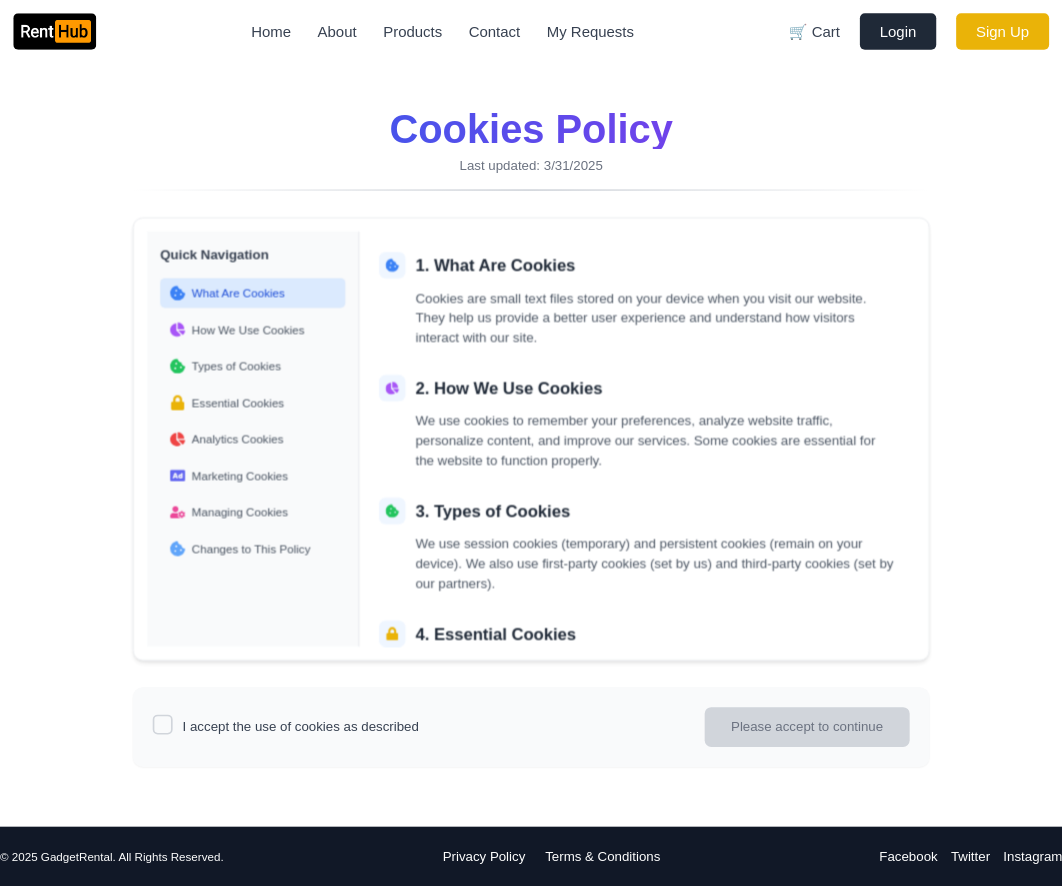
Repository: aayushg07/Renthub
Page: /cookies
The author's editor kept a copy of each file at every save. The page is drawn from the files as they stood at one save, then again after the next save.
The browser window is 1280 px wide. The pictures show the whole page, at 83% of full size.
An inner scrolling area shows only its first screen. The project was rebuilt for these pictures with package versions that can differ from the ones it lists, and the page was loaded fresh each time. The framework's server and built-in components were replaced by stand-ins that run in the browser. Also part of the build but not shown: next.config.ts.

Above is the page before, as saved 2025-04-02 00:17:22.

After the next save:
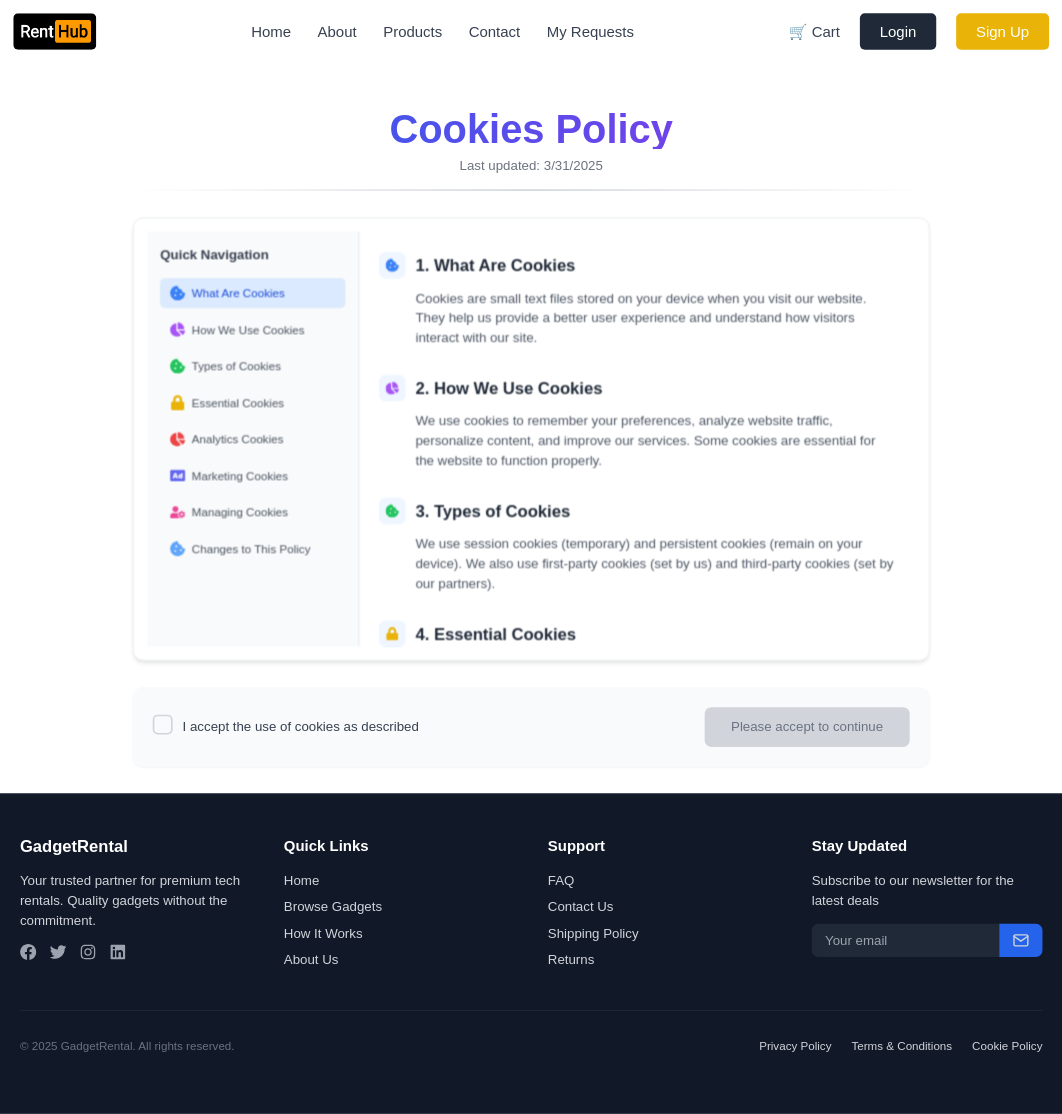
Saved 85 s later.
--- a/app/components/Footer.tsx
+++ b/app/components/Footer.tsx
@@ -1,20 +1,87 @@
 import Link from 'next/link';
+import { FaFacebook, FaTwitter, FaInstagram, FaLinkedin } from 'react-icons/fa';
+import { FiMail } from 'react-icons/fi';
 
 export default function Footer() {
-    return (
-      <footer className="bg-gray-900 text-white py-6 mt-10">
-        <div className="container mx-auto flex flex-col md:flex-row justify-between items-center">
-          <p className="text-sm">&copy; 2025 GadgetRental. All Rights Reserved.</p>
-          <div className="flex space-x-6">
-            <Link href="/privacy" className="hover:text-gray-400">Privacy Policy</Link>
-            <Link href="/terms" className="hover:text-gray-400">Terms & Conditions</Link>
+  return (
+    <footer className="bg-gray-900 text-gray-300 border-t border-gray-800">
+      <div className="container mx-auto px-6 py-12">
+        {/* Main Footer Content */}
+        <div className="grid grid-cols-1 md:grid-cols-4 gap-10 mb-12">
+          {/* Company Info */}
+          <div>
+            <h3 className="text-xl font-bold text-white mb-4">GadgetRental</h3>
+            <p className="mb-4">
+              Your trusted partner for premium tech rentals. Quality gadgets without the commitment.
+            </p>
+            <div className="flex space-x-4">
+              <Link href="#" className="text-gray-400 hover:text-blue-500 transition">
+                <FaFacebook size={20} />
+              </Link>
+              <Link href="#" className="text-gray-400 hover:text-blue-400 transition">
+                <FaTwitter size={20} />
+              </Link>
+              <Link href="#" className="text-gray-400 hover:text-pink-500 transition">
+                <FaInstagram size={20} />
+              </Link>
+              <Link href="#" className="text-gray-400 hover:text-blue-600 transition">
+                <FaLinkedin size={20} />
+              </Link>
+            </div>
           </div>
-          <div className="flex space-x-4">
-            <Link href="#" className="hover:text-blue-400">Facebook</Link>
-            <Link href="#" className="hover:text-blue-500">Twitter</Link>
-            <Link href="#" className="hover:text-red-400">Instagram</Link>
+
+          {/* Quick Links */}
+          <div>
+            <h4 className="text-lg font-semibold text-white mb-4">Quick Links</h4>
+            <ul className="space-y-2">
+              <li><Link href="/" className="hover:text-white transition">Home</Link></li>
+              <li><Link href="/products" className="hover:text-white transition">Browse Gadgets</Link></li>
+              <li><Link href="/how-it-works" className="hover:text-white transition">How It Works</Link></li>
+              <li><Link href="/about" className="hover:text-white transition">About Us</Link></li>
+            </ul>
+          </div>
+
+          {/* Support */}
+          <div>
+            <h4 className="text-lg font-semibold text-white mb-4">Support</h4>
+            <ul className="space-y-2">
+              <li><Link href="/faq" className="hover:text-white transition">FAQ</Link></li>
+              <li><Link href="/contact" className="hover:text-white transition">Contact Us</Link></li>
+              <li><Link href="/shipping" className="hover:text-white transition">Shipping Policy</Link></li>
+              <li><Link href="/returns" className="hover:text-white transition">Returns</Link></li>
+            </ul>
+          </div>
+
+          {/* Newsletter */}
+          <div>
+            <h4 className="text-lg font-semibold text-white mb-4">Stay Updated</h4>
+            <p className="mb-4">Subscribe to our newsletter for the latest deals</p>
+            <div className="flex">
+              <input
+                type="email"
+                placeholder="Your email"
+                className="px-4 py-2 bg-gray-800 text-white rounded-l-lg focus:outline-none focus:ring-2 focus:ring-blue-500 w-full"
+              />
+              <button className="bg-blue-600 hover:bg-blue-700 px-4 py-2 rounded-r-lg transition">
+                <FiMail size={20} />
+              </button>
+            </div>
           </div>
         </div>
-      </footer>
-    );
+
+        {/* Bottom Footer */}
+        <div className="border-t border-gray-800 pt-8 pb-6 flex flex-col md:flex-row justify-between items-center">
+          <p className="text-sm text-gray-500 mb-4 md:mb-0">
+            &copy; {new Date().getFullYear()} GadgetRental. All rights reserved.
+          </p>
+
+          <div className="flex space-x-6">
+            <Link href="/privacy" className="text-sm hover:text-white transition">Privacy Policy</Link>
+            <Link href="/terms" className="text-sm hover:text-white transition">Terms & Conditions</Link>
+            <Link href="/cookies" className="text-sm hover:text-white transition">Cookie Policy</Link>
+          </div>
+        </div>
+      </div>
+    </footer>
+  );
 }
